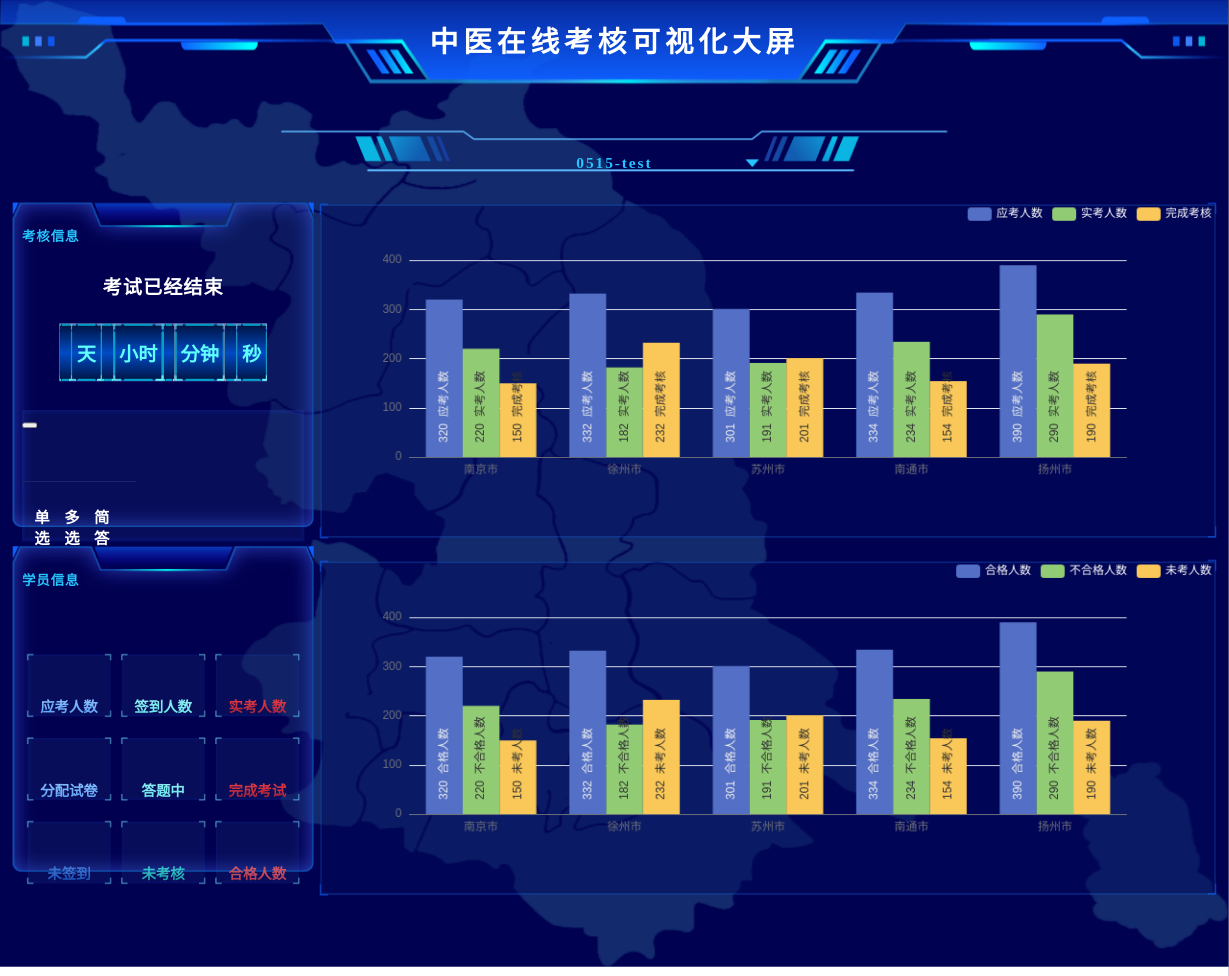
Repository: krislorem/medicine-online-datascreen-vue
Page: /
An editor plug-in stored every save of this project. The page is shown before and after a run of saves, followed by the edit.
The browser window is 1280 px wide. The pictures show the whole page, at 96% of full size.
The project was rebuilt for these pictures with package versions that can differ from the ones it lists, and the page was loaded fresh each time. Also part of the build but not shown: vite.config.ts.

Above is the page before, as saved 2024-12-04 20:51:30.

### src/main.ts
import './assets/main.css'

import { createApp } from 'vue'
import { createPinia } from 'pinia'
import ElementPlus from 'element-plus'
import 'element-plus/dist/index.css'
import App from './App.vue'
import router from './router'

const app = createApp(App)

app.use(createPinia())
app.use(router)
app.use(ElementPlus)
app.mount('#app')

### src/assets/main.css
body, html {
  overflow: hidden;
  margin: 0 auto;
  padding: 0;
}

### src/App.vue
<template>
  <div>
    <RouterView></RouterView>
  </div>
</template>

<script setup lang="ts">

</script>

<style scoped>
</style>

### src/views/HomeView.vue
<template>
  <div class="home">
    <nav>
      <h1>中医在线考核可视化大屏</h1>
    </nav>
    <div id="mid-bar">
      <select id="info">
        <option>0515-test</option>
      </select>
    </div>
    <div id="all-info">
      <div id="left">
        <div class="item item-1">
          <p class="top-name"><span>考核信息</span></p>
          <p class="time-title"><span>考试已经结束</span></p>
          <div class="time-container">
            <div class="time-box" style=";"><span class="time-num">{{ }}</span></div>
            <div class="time-box" style=";"><span class="time-num">天</span></div>
            <div class="time-box" style=";"><span class="time-num">{{ }}</span></div>
            <div class="time-box" style=";"><span class="time-num">小时</span></div>
            <div class="time-box" style=";"><span class="time-num">{{ }}</span></div>
            <div class="time-box" style=";"><span class="time-num">分钟</span></div>
            <div class="time-box" style=";"><span class="time-num">{{ }}</span></div>
            <div class="time-box" style=";"><span class="time-num">秒</span></div>
          </div>
          <div class="result">
            <div class="ivu-carousel" style="height: 100%;">
              <button type="button" class="left ivu-carousel-arrow ivu-carousel-arrow-hover">
                <i class="ivu-icon ivu-icon-ios-arrow-back"></i>
              </button>
              <div class="ivu-carousel-list">
                <div class="ivu-carousel-track higher"
                  style="width: 119px; transform: translate3d(0px, 0px, 0px); transition: transform 500ms; visibility: visible;">
                  <div class="ivu-carousel-item" style="width: 119px; height: auto; left: 0px;">
                    <div class="res-topbar">
                      <span>{{ }}</span>
                      <span>{{ }}</span>
                    </div>
                    <div class="res-box">
                      <div class="res-item">
                        <span>单选</span>
                        <p>{{ }}</p>
                      </div>
                      <div class="res-item">
                        <span>多选</span>
                        <p>{{ }}</p>
                      </div>
                      <div class="res-item">
                        <span>简答</span>
                        <p>{{ }}</p>
                      </div>
                    </div>
                  </div>
                </div>
              </div>
            </div>

          </div>
        </div>
        <div class="item item-2">
          <p class="top-name i2-top"><span>学员信息</span></p>
          <div class="i2">
            <div class="box">
              <p class="num bg-lg-blue">{{ }}</p>
              <p class="title bg-lg-blue">应考人数</p>
            </div>
            <div class="box">
              <p class="num bg-lg-cyan">{{ }}</p>
              <p class="title bg-lg-cyan">签到人数</p>
            </div>
            <div class="box">
              <p class="num bg-lg-red">{{ }}</p>
              <p class="title bg-lg-red">实考人数</p>
            </div>
            <div class="box">
              <p class="num bg-lg-blue">{{ }}</p>
              <p class="title bg-lg-blue">分配试卷</p>
            </div>
            <div class="box">
              <p class="num bg-lg-cyan">{{ }}</p>
              <p class="title bg-lg-cyan">答题中</p>
            </div>
            <div class="box">
              <p class="num bg-lg-red">{{ }}</p>
              <p class="title bg-lg-red">完成考试</p>
            </div>
            <div class="box">
              <p class="num bg-lg-blue2">{{ }}</p>
              <p class="title bg-lg-blue2">未签到</p>
            </div>
            <div class="box">
              <p class="num bg-lg-cyan2">{{ }}</p>
              <p class="title bg-lg-cyan2">未考核</p>
            </div>
            <div class="box">
              <p class="num bg-lg-red2">{{ }}</p>
              <p class="title bg-lg-red2">合格人数</p>
            </div>
          </div>
        </div>
      </div>
      <div id="right">
        <div class="item mb-22">
          <div style="width: 100%;height: 335px;">
            <div id="msg1"
              style="width: 100%; height: 335px; -webkit-tap-highlight-color: transparent; user-select: none; position: relative;">
            </div>
          </div>
        </div>
        <div class="item">
          <div style="width: 100%; height: 335px;">
            <div id="msg2"
              style="width: 100%; height: 335px; -webkit-tap-highlight-color: transparent; user-select: none; position: relative;">
            </div>
          </div>
        </div>
      </div>
    </div>
  </div>
</template>

<style scoped>
body {
  font-family: Helvetica Neue, Helvetica, PingFang SC, Hiragino Sans GB, Microsoft YaHei, "\5FAE\8F6F\96C5\9ED1", Arial, sans-serif;
  font-size: 12px;
  line-height: 1.5;
  color: #515a6e;
  background-color: #fff;
  -webkit-font-smoothing: antialiased;
  -moz-osx-font-smoothing: grayscale;
}

.home {
  background: #010152 url(/ditu.png) 50% no-repeat;
  background-size: 100% 100%;
}

.home nav {
  background-image: url(/dingbu.png);
  background-size: 100% 100%;
  background-repeat: no-repeat;
  overflow: hidden;
  display: -webkit-box;
  display: -ms-flexbox;
  display: flex;
  -webkit-box-align: center;
  -ms-flex-align: center;
  align-items: center;
}

.home nav h1 {
  font-size: 30px;
  font-family: PingFangSC-Semibold, PingFang SC;
  font-weight: 600;
  color: #fff;
  line-height: 58px;
  letter-spacing: 5px;
  margin: 15px auto;
}

.home #mid-bar {
  width: 694px;
  height: 43px;
  background: url(/nav.png) no-repeat;
  margin: 48px auto 0;
  padding-top: 12px;
  display: -webkit-box;
  display: -ms-flexbox;
  display: flex;
  -webkit-box-pack: center;
  -ms-flex-pack: center;
  justify-content: center;
  -webkit-box-align: center;
  -ms-flex-align: center;
  align-items: center;
}

.home #mid-bar #info {
  appearance: none;
  -moz-appearance: none;
  -webkit-appearance: none;
  background: transparent url('/jiantou.png') no-repeat scroll 100%;
  width: 302px;
  height: 22px;
  font-size: 16px;
  text-align: center;
  font-family: PingFangSC-Semibold, PingFang SC;
  font-weight: 600;
  color: #26c5fb;
  line-height: 22px;
  letter-spacing: 2px;
  border: none;
}

#all-info {
  width: 100%;
  height: 796px;
  margin: 20px auto 10px;
  display: -webkit-box;
  display: -ms-flexbox;
  display: flex;
  -ms-flex-pack: distribute;
  justify-content: space-around;
}

#all-info #left {
  width: 23%;
  height: 100%;
}


#all-info #left .item {
  height: 40%;
  width: 100%;
  padding: 10px;
  background-image: url(/kuang2.png);
  background-size: 100% 100%;
}

#all-info #left .item .top-name>span {
  width: 64px;
  height: 20px;
  font-size: 14px;
  font-family: PingFangSC-Semibold, PingFang SC;
  font-weight: 600;
  color: #26c5fb;
  line-height: 20px;
  letter-spacing: 1px;
}

#all-info #left .item-1 {
  margin-bottom: 20px;
}

#all-info #left .item-1 .time-title {
  text-align: center;
  font-size: 20px;
  font-family: PingFangSC-Semibold, PingFang SC;
  font-weight: 600;
  color: #fff;
  line-height: 20px;
  letter-spacing: 1px;
  margin: 32px auto 28px;
}

#all-info #left .item-1 .time-container {
  height: 60px
}

#all-info #left .item-1 .time-container,
#all-info #left .item-1 .time-container .time-box {
  display: -webkit-box;
  display: -ms-flexbox;
  display: flex;
  -webkit-box-pack: center;
  -ms-flex-pack: center;
  justify-content: center;
}

#all-info #left .item-1 .time-container .time-box {
  background-image: url('/kuang3.png');
  background-repeat: no-repeat;
  background-size: 100% 100%;
  -webkit-box-align: center;
  -ms-flex-align: center;
  align-items: center;
  background-color: #d7606b;
}

#all-info #left .item-1 .time-container .time-box .time-num {
  font-size: 20px;
  padding: 6px;
  font-family: PingFangSC-Semibold, PingFang SC;
  font-weight: 600;
  color: #60fffd
}

#all-info #left .item-1 .time-container .time-box .dupunkto {
  font-size: 28px;
  font-family: PingFangSC-Semibold, PingFang SC;
  font-weight: 600;
  color: #60fffd
}

#all-info #left .item-1 .result {
  width: 100%;
  height: 43%;
  background-image: url('/kuang4.png');
  background-size: 100% 100%;
  margin: 30px auto 0;
  font-size: 16px;
  font-family: PingFangSC-Semibold, PingFang SC;
  font-weight: 600;
  color: #fff;
  line-height: 22px;
}

#all-info #left .item-1 .result .res-sub-title {
  width: 100%;
  height: 100%;
  display: -webkit-box;
  display: -ms-flexbox;
  display: flex;
  -webkit-box-align: center;
  -ms-flex-align: center;
  align-items: center;
  -webkit-box-pack: center;
  -ms-flex-pack: center;
  justify-content: center;
  font-size: 20px;
  font-family: PingFangSC-Semibold, PingFang SC;
  font-weight: 600
}

#all-info #left .item-1 .result .res-topbar {
  height: 47px;
  border-bottom: 1px solid #1e266e;
  -webkit-box-align: end;
  -ms-flex-align: end;
  align-items: flex-end;
  padding: 0 19px 5px 14px
}

#all-info #left .item-1 .result .res-box,
#all-info #left .item-1 .result .res-topbar {
  display: -webkit-box;
  display: -ms-flexbox;
  display: flex;
  -webkit-box-pack: justify;
  -ms-flex-pack: justify;
  justify-content: space-between
}

#all-info #left .item-1 .result .res-box {
  height: 57px;
  margin: 27px 13px 0
}

#all-info #left .item-1 .result .res-box .res-item {
  display: -webkit-box;
  display: -ms-flexbox;
  display: flex;
  -webkit-box-orient: vertical;
  -webkit-box-direction: normal;
  -ms-flex-direction: column;
  flex-direction: column;
  -ms-flex-pack: distribute;
  justify-content: space-around;
  -webkit-box-align: center;
  -ms-flex-align: center;
  align-items: center
}

#all-info #left .item-1 .result .res-box p {
  margin-top: 13px
}

#all-info #left .item-2 {
  display: -webkit-box;
  display: -ms-flexbox;
  display: flex;
  -webkit-box-orient: vertical;
  -webkit-box-direction: normal;
  -ms-flex-direction: column;
  flex-direction: column
}


#all-info #left .item-2 .i2-top {
  padding-bottom: 30px;
}

#all-info #left .item-2 .i2 {
  width: 100%;
  margin: 20px auto;
  display: -webkit-box;
  display: -ms-flexbox;
  display: flex;
  -ms-flex-wrap: wrap;
  flex-wrap: wrap;
  -ms-flex-pack: distribute;
  justify-content: space-around;
}

#all-info #left .item-2 .i2 .box {
  width: 30%;
  height: 67px;
  margin-bottom: 20px;
  padding: 20px auto;
  background-image: url('/kuang5.png');
  background-size: 100%;
  background-repeat: no-repeat;
}

#all-info #left .item-2 .i2 .box>.num {
  width: 77px;
  height: 45px;
  font-size: 27px;
  line-height: 45px
}

#all-info #left .item-2 .i2 .box>.num,
#all-info #left .item-2 .i2 .box>.title {
  font-family: PingFangSC-Semibold, PingFang SC;
  font-weight: 600;
  color: #fff;
  text-align: center;
  background-clip: text;
  -webkit-background-clip: text;
  -webkit-text-fill-color: transparent;
  margin: 0 auto;
}

#all-info #left .item-2 .i2 .box>.title {
  width: 64px;
  height: 22px;
  font-size: 15px;
  line-height: 22px
}

#all-info #right {
  width: 73%;
  height: 100%;
}

#all-info #right .item {
  width: 100%;
  height: 350px;
  background-image: url(/kuang1.png);
  background-size: 100% 100%
}

#all-info #right .mb-22 {
  margin-bottom: 22px
}

.bg-lg-blue {
  background: -webkit-gradient(linear, left top, left bottom, from(#8ac4ff), to(#5999f4));
  background: linear-gradient(180deg, #8ac4ff, #5999f4)
}

.bg-lg-cyan {
  background: -webkit-gradient(linear, left top, left bottom, from(#92eef2), to(#62e4eb));
  background: linear-gradient(180deg, #92eef2, #62e4eb)
}

.bg-lg-red {
  background: -webkit-gradient(linear, left top, left bottom, from(#ee3f47), to(#9a1b35));
  background: linear-gradient(180deg, #ee3f47, #9a1b35)
}

.bg-lg-blue2 {
  background: -webkit-gradient(linear, left top, left bottom, from(#4d7ed5), to(#0a47b3));
  background: linear-gradient(180deg, #4d7ed5, #0a47b3)
}

.bg-lg-cyan2 {
  background: -webkit-gradient(linear, left top, left bottom, from(#3bd3d6), to(#158c98));
  background: linear-gradient(180deg, #3bd3d6, #158c98)
}

.bg-lg-red2 {
  background: -webkit-gradient(linear, left top, left bottom, from(#d7606b), to(#a72f4d));
  background: linear-gradient(180deg, #d7606b, #a72f4d)
}
</style>
<script setup lang="ts">
import * as echarts from 'echarts';
import { onMounted } from 'vue'
const labelOption = {
  show: true,
  position: 'insideBottom',
  distance: 15,
  align: 'left',
  verticalAlign: 'middle',
  rotate: 90,
  formatter: '{c}  {name|{a}}',
  fontSize: 12,
  rich: {
    name: {}
  }
};
const option1 = {
  tooltip: {
    trigger: 'axis',
    axisPointer: {
      type: 'shadow'
    }
  },
  legend: {
    left: 'right',
    textStyle: {
      color: '#fff',
    },
    data: ['应考人数', '实考人数', '完成考核']
  },
  xAxis: [
    {
      type: 'category',
      axisTick: { show: false },
      data: ['南京市', '徐州市', '苏州市', '南通市', '扬州市']
    }
  ],
  yAxis: [
    {
      type: 'value'
    }
  ],
  series: [
    {
      name: '应考人数',
      type: 'bar',
      barGap: 0,
      label: labelOption,
      emphasis: {
        focus: 'series'
      },
      data: [320, 332, 301, 334, 390]
    },
    {
      name: '实考人数',
      type: 'bar',
      label: labelOption,
      emphasis: {
        focus: 'series'
      },
      data: [220, 182, 191, 234, 290]
    },
    {
      name: '完成考核',
      type: 'bar',
      label: labelOption,
      emphasis: {
        focus: 'series'
      },
      data: [150, 232, 201, 154, 190]
    }
  ]
};
const option2 = {
  tooltip: {
    trigger: 'axis',
    axisPointer: {
      type: 'shadow'
    }
  },
  legend: {
    left: 'right',
    textStyle: {
      color: '#fff',
    },
    data: ['合格人数', '不合格人数', '未考人数']
  },
  xAxis: [
    {
      type: 'category',
      axisTick: { show: false },
      data: ['南京市', '徐州市', '苏州市', '南通市', '扬州市']
    }
  ],
  yAxis: [
    {
      type: 'value'
    }
  ],
  series: [
    {
      name: '合格人数',
      type: 'bar',
      barGap: 0,
      label: labelOption,
      emphasis: {
        focus: 'series'
      },
      data: [320, 332, 301, 334, 390]
    },
    {
      name: '不合格人数',
      type: 'bar',
      label: labelOption,
      emphasis: {
        focus: 'series'
      },
      data: [220, 182, 191, 234, 290]
    },
    {
      name: '未考人数',
      type: 'bar',
      label: labelOption,
      emphasis: {
        focus: 'series'
      },
      data: [150, 232, 201, 154, 190]
    }
  ]
};
onMounted(() => {
  let chartDom1 = document.getElementById('msg1');
  let chartDom2 = document.getElementById('msg2');
  let myChart1 = echarts.init(chartDom1);
  let myChart2 = echarts.init(chartDom2);
  option1 && myChart1.setOption(option1);
  option2 && myChart2.setOption(option2);
})


</script>

Loaded but not shown: index.html (common file); src/router/index.ts (common file)

After the next 5 saves:
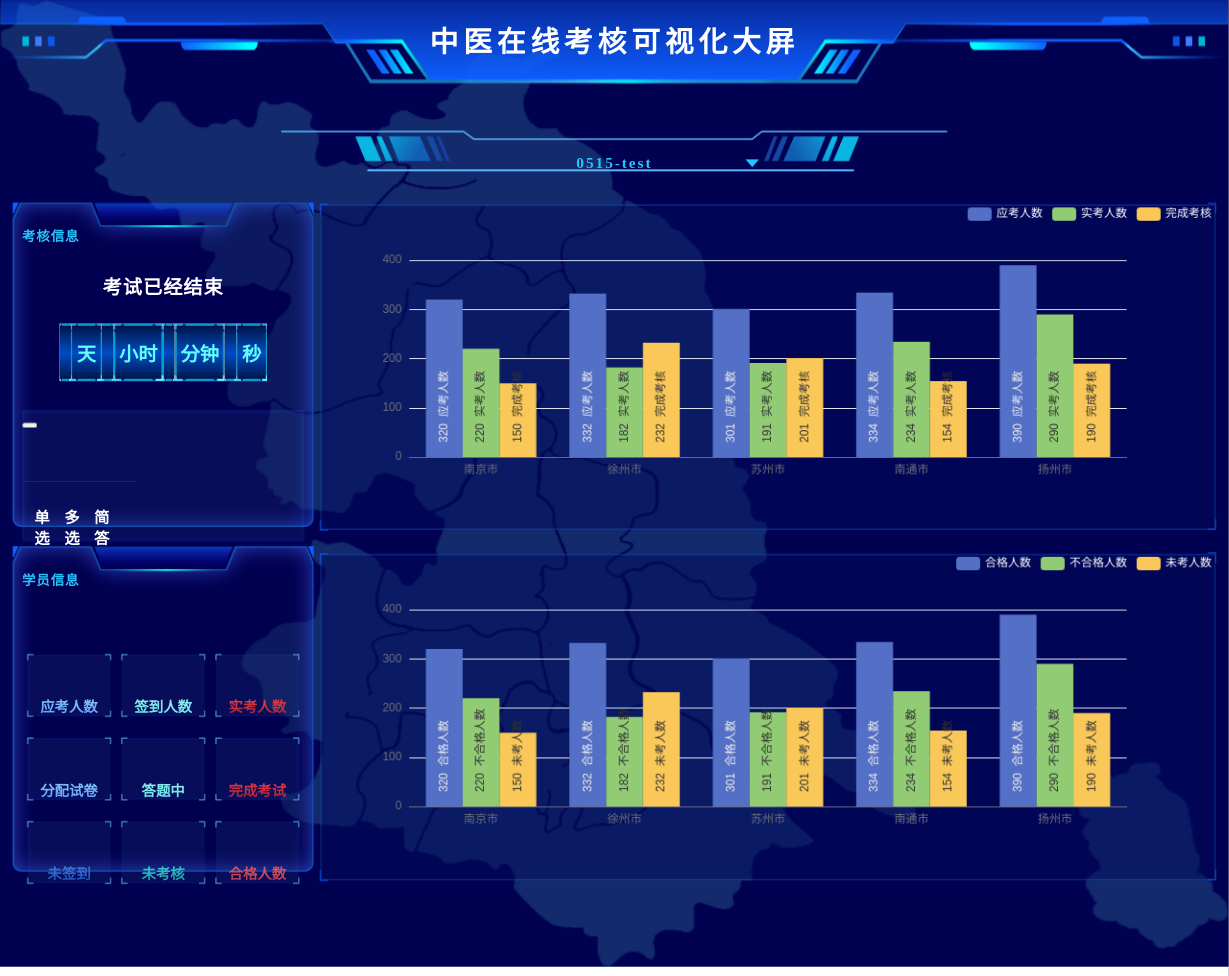
The 5 saves are shown as one change because they came seconds apart.
The last was saved 64 s later.
--- a/src/views/HomeView.vue
+++ b/src/views/HomeView.vue
@@ -425,7 +425,7 @@ body {
 
 #all-info #right .item {
   width: 100%;
-  height: 350px;
+  height: 43%;
   background-image: url(/kuang1.png);
   background-size: 100% 100%
 }
